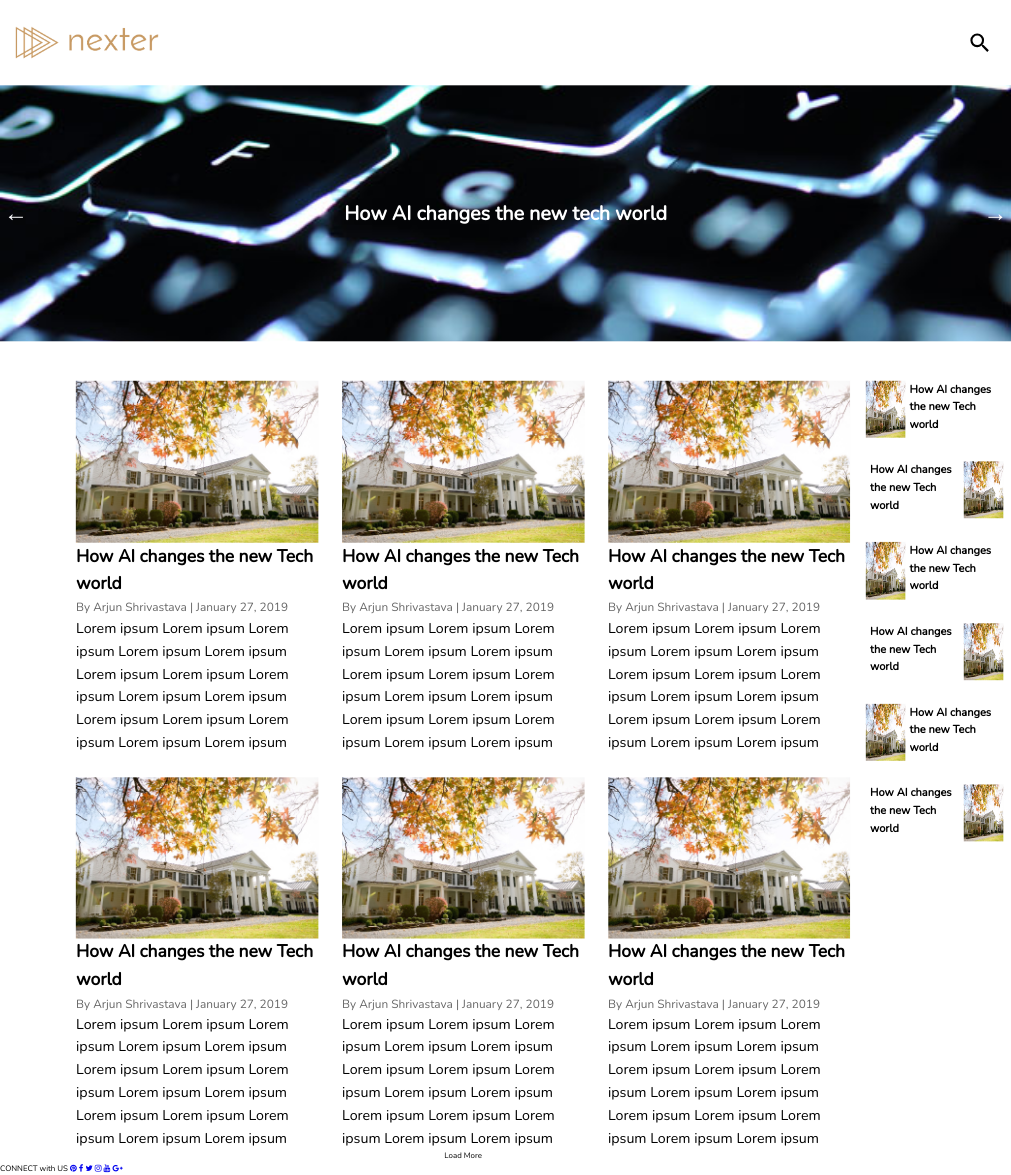
Repository: geekyarjun/myblog
Page: index.html
These files come from the project's save history. The page is drawn as it stood at one moment and after the next save; the edit follows.
The browser window is 1280 px wide. The pictures show the whole page, at 79% of full size.
Some web libraries are served in a nearby version. The style sheet was rebuilt from its Sass, Less or Tailwind sources for each picture, by a compiler version that may differ from the author's.

Above is the page before, as saved 2019-03-03 18:37:46.

### index.html
<!DOCTYPE html>
<html>
<head>
    <meta charset="utf-8" />
    <meta http-equiv="X-UA-Compatible" content="IE=edge">
    <title>Tech Stack</title>
    <meta name="viewport" content="width=device-width, initial-scale=1">
    <link href="https://fonts.googleapis.com/css?family=Nunito:200,300,400" rel="stylesheet">
    <link rel="stylesheet" href="css/style.css">
    <link href='https://fonts.googleapis.com/css?family=Open+Sans|Oswald:300' rel='stylesheet' type='text/css'>
    <link rel="stylesheet" href="https://maxcdn.bootstrapcdn.com/font-awesome/4.4.0/css/font-awesome.min.css">

    <!-- <link href="https://fonts.googleapis.com/css?family=Nunito:300,400,600" rel="stylesheet"> -->
</head>
<body class="container">
    <header class="header">
        <img src="/img/logo.png" alt="techstack logo" class="header__logo">
        <img src="/img/search.svg" alt="Search icon" class="header__search-logo">
    </header>
    <section class="slider">
        <img src="img/best-tech-sites.jpg" alt="slide post-1" />
        <h2>How AI changes the new tech world</h2>
        <button class="slider--previous" onclick="moveSlides('-')">&larr;</button>
        <button class="slider--next" onclick="moveSlides('+')">&rarr;</button>
    </section>
    <main class="post_container">
        <article>
            <img src="img/gal-1.jpeg" alt="first post" />
            <h2>How AI changes the new Tech world</h2>
            <p class="author">By Arjun Shrivastava | January 27, 2019</p>
            <p class="text">Lorem ipsum Lorem ipsum Lorem ipsum Lorem ipsum Lorem ipsum Lorem ipsum Lorem ipsum Lorem ipsum Lorem ipsum Lorem ipsum Lorem ipsum Lorem ipsum Lorem ipsum Lorem ipsum Lorem ipsum</p>
        </article>
        <article>
            <img src="img/gal-1.jpeg" alt="first post" />
            <h2>How AI changes the new Tech world</h2>
            <p class="author">By Arjun Shrivastava | January 27, 2019</p>
            <p class="text">Lorem ipsum Lorem ipsum Lorem ipsum Lorem ipsum Lorem ipsum Lorem ipsum Lorem ipsum Lorem ipsum Lorem ipsum Lorem ipsum Lorem ipsum Lorem ipsum Lorem ipsum Lorem ipsum Lorem ipsum</p>
        </article>
        <article>
            <img src="img/gal-1.jpeg" alt="first post" />
            <h2>How AI changes the new Tech world</h2>
            <p class="author">By Arjun Shrivastava | January 27, 2019</p>
            <p class="text">Lorem ipsum Lorem ipsum Lorem ipsum Lorem ipsum Lorem ipsum Lorem ipsum Lorem ipsum Lorem ipsum Lorem ipsum Lorem ipsum Lorem ipsum Lorem ipsum Lorem ipsum Lorem ipsum Lorem ipsum</p>
        </article>
        <article>
            <img src="img/gal-1.jpeg" alt="first post" />
            <h2>How AI changes the new Tech world</h2>
            <p class="author">By Arjun Shrivastava | January 27, 2019</p>
            <p class="text">Lorem ipsum Lorem ipsum Lorem ipsum Lorem ipsum Lorem ipsum Lorem ipsum Lorem ipsum Lorem ipsum Lorem ipsum Lorem ipsum Lorem ipsum Lorem ipsum Lorem ipsum Lorem ipsum Lorem ipsum</p>
        </article>
        <article>
            <img src="img/gal-1.jpeg" alt="first post" />
            <h2>How AI changes the new Tech world</h2>
            <p class="author">By Arjun Shrivastava | January 27, 2019</p>
            <p class="text">Lorem ipsum Lorem ipsum Lorem ipsum Lorem ipsum Lorem ipsum Lorem ipsum Lorem ipsum Lorem ipsum Lorem ipsum Lorem ipsum Lorem ipsum Lorem ipsum Lorem ipsum Lorem ipsum Lorem ipsum</p>
        </article>
        <article>
            <img src="img/gal-1.jpeg" alt="first post" />
            <h2>How AI changes the new Tech world</h2>
            <p class="author">By Arjun Shrivastava | January 27, 2019</p>
            <p class="text">Lorem ipsum Lorem ipsum Lorem ipsum Lorem ipsum Lorem ipsum Lorem ipsum Lorem ipsum Lorem ipsum Lorem ipsum Lorem ipsum Lorem ipsum Lorem ipsum Lorem ipsum Lorem ipsum Lorem ipsum</p>
        </article>
    </main>
    <aside class="aside-latest-blog-post">
        <article>
            <img src="img/gal-1.jpeg" alt="first post" />
            <h3>How AI changes the new Tech world</h3>
        </article>
        <article class="aside-latest-blog-post__alternate-post">
            <h3>How AI changes the new Tech world</h3>
            <img src="img/gal-1.jpeg" alt="first post" />
        </article>
        <article>
            <img src="img/gal-1.jpeg" alt="first post" />
            <h3>How AI changes the new Tech world</h3>
        </article>
        <article class="aside-latest-blog-post__alternate-post">
            <h3>How AI changes the new Tech world</h3>
            <img src="img/gal-1.jpeg" alt="first post" />
        </article>
        <article>
            <img src="img/gal-1.jpeg" alt="first post" />
            <h3>How AI changes the new Tech world</h3>
        </article>
        <article class="aside-latest-blog-post__alternate-post">
            <h3>How AI changes the new Tech world</h3>
            <img src="img/gal-1.jpeg" alt="first post" />
        </article>
    </aside>
    <section class="load-more">Load More</section>
    <footer class="footer flex-rw">
        <section class="footer-social-section flex-rw">
            <span class="footer-social-overlap footer-social-connect">
                CONNECT <span class="footer-social-small">with</span> US
            </span>
            <span class="footer-social-overlap footer-social-icons-wrapper">
                <a href="https://www.pinterest.com/paviliongift/" class="generic-anchor" target="_blank" title="Pinterest"
                    itemprop="significantLink"><i class="fa fa-pinterest"></i></a>
                <a href="https://www.facebook.com/paviliongift" class="generic-anchor" target="_blank" title="Facebook"
                    itemprop="significantLink"><i class="fa fa-facebook"></i></a>
                <a href="https://twitter.com/PavilionGiftCo" class="generic-anchor" target="_blank" title="Twitter"
                    itemprop="significantLink"><i class="fa fa-twitter"></i></a>
                <a href="http://instagram.com/paviliongiftcompany" class="generic-anchor" target="_blank" title="Instagram"
                    itemprop="significantLink"><i class="fa fa-instagram"></i></a>
                <a href="https://www.youtube.com/channel/UCYgUODvd0qXbu_LkUWpTVEg" class="generic-anchor" target="_blank"
                    title="Youtube" itemprop="significantLink"><i class="fa fa-youtube"></i></a>
                <a href="https://plus.google.com/+Paviliongift/posts" class="generic-anchor" target="_blank" title="Google Plus"
                    itemprop="significantLink"><i class="fa fa-google-plus"></i></a>
            </span>
        </section>

    </footer>
    <script src="main.js"></script>
</body>
</html>

### img/search.svg
<svg id="Layer_1" xmlns="http://www.w3.org/2000/svg" viewBox="0 0 24 24" width="24" height="24"><path fill="black" fill-opacity="1" d="M15.009 13.805h-.636l-.22-.219a5.184 5.184 0 0 0 1.256-3.386 5.207 5.207 0 1 0-5.207 5.208 5.183 5.183 0 0 0 3.385-1.255l.221.22v.635l4.004 3.999 1.194-1.195-3.997-4.007zm-4.808 0a3.605 3.605 0 1 1 0-7.21 3.605 3.605 0 0 1 0 7.21z"></path></svg>

### main.js
// let showSlideIndex = 1;

// const showSlides = () => {
//     const slides = document.getElementsByClassName('slider__slide');
//     console.log("showSlides", slides.length);
//     for(let i=0; i<slides.length; i++) {
//         slides[i].style.display = 'none';
//     }
//     console.log("showSlideIndex", showSlideIndex);
//     if(showSlideIndex > slides.length || showSlideIndex <= 0 ) { showSlideIndex=1; }

//     slides[showSlideIndex-1].style.display = 'block';
// }

// showSlides();

// const moveSlides = (direction) => {
//     if (direction === '+') {
//         showSlideIndex++;
//         showSlides();
//     } else {
//         showSlideIndex--;
//         showSlides();
//     }
// }

### sass/main.scss
@import "base.scss";
@import "header.scss";
@import "slider.scss";
@import "postcontainer.scss";
@import "aside.scss";
@import "footer.scss";
@import "loadMore.scss";

### sass/_base.scss
*,
*::before,
*::after {
    margin: 0;
    padding: 0;
}

html {
    box-sizing: border-box;
    font-size: 62.5% // 10px/16px = 62.5(1rem == 10px)
}

body {
    font-weight: 300;
    line-height: 1.6;
    // height: 100vh;
    font-family: 'Nunito', sans-serif;
}

.container {
    display: grid;
    grid-template-rows: 15vh 45vh repeat(3, min-content);
    grid-template-columns: [full-start] minmax(6rem, 1fr) [center-start] repeat(8, [col-start] minmax(min-content, 14rem) [col-end]) [center-end] minmax(6rem, 1fr) [full-end];
}

### sass/_header.scss
.header {
    // background-color: blueviolet;
    padding: 2rem;

    grid-column: full-start / full-end;

    display: grid;
    grid-template-columns: max-content max-content;
    justify-content: space-between;
    align-items: center;

    // & > * {
    //     padding: 0 2rem;
    // }

    &__logo {
        // width: 6rem;
        height: 4rem;
    }

    &__search-logo {
        width: 4rem;
        height: 4rem;
    }
}

### sass/_slider.scss
.slider {
    // background-color: lightcoral;

    grid-column: 1 / -1;
    position: relative;

    display: grid;
    grid-template-columns: repeat(8, minmax(min-content,1fr));
    grid-template-rows: repeat(3, 1fr);

    img {
        grid-column: 1 / -1;
        grid-row: 1 / -1;
        height: 100%;
        width: 100%;
        object-fit: cover;
    }

    h2 {
        color: white;
        text-align: center;
        font-size: 2.5rem;

        grid-row: 2 / span 1;
        grid-column: 2 / span 6;
        justify-self: center;
        align-self: center;
    }

    button {
        // font-size: 5rem;
        // position: absolute;
        color: white;
        background: none;
        border: none;
        line-height: 0;
        cursor: pointer;
        font-size: 3rem;
        padding: 5px;
        transition: all .5s;
        // font-weight: 100;
    }

    // &__slide {
    //     height: 100%;

    //     img {
    //         width: 100%;
    //         height: 100%;
    //         object-fit: cover;
    //         filter: blur(1px);
    //     }

    //     h2 {
    //         // position: absolute;
    //         top: 50%;
    //         left: 50%;
    //         transform: translate(-15rem, -1rem);
    //         color: white;
    //         font-size: 2.5rem;
    //     }
    // }

    // button {
    //     font-size: 5rem;
    //     // position: absolute;
    //     color: white;
    //     background: none;
    //     border: none;
    //     line-height: 0;
    //     cursor: pointer;
    //     // font-weight: 100;
    // }

    button:hover {
        background-color: red;
    }

    &--previous {
        top: 50%;
        left: 0;
        // padding: 2rem 1rem;

        grid-column: 1 / span 1;
        grid-row: 2 / span 1;
        justify-self: start;

    }

    &--next {
        top: 50%;
        right: 0;
        // padding: 2rem 1rem;

        grid-column: 8 / span 1;
        grid-row: 2 / span 1;
        justify-self: end;
    }
}

.fade {
    animation: fade 1s ease-in;
}

@keyframes fade {
    0% {opacity: .4;}
    100% {opacity: 1;}
}

### sass/_postcontainer.scss
.post_container {
    // background-color: gainsboro;
    margin-top: 5rem;

    grid-column: center-start / col-end 7;
    grid-gap: 3rem;

    display: grid;
    grid-template-columns: repeat(auto-fit, minmax(30rem, 1fr));

    article {
        display: grid;
        grid-template-columns: repeat(2, 1fr);

        img {
            width: 100%;
            // height: 100%;
            object-fit: cover;

            grid-column: 1 / -1;
        }

        h2 {
            font-size: 2.2rem;

            grid-column: 1 / -1;
        }

        .author {
            font-size: 1.5rem;
            color: rgba(0,0,0,0.6);

            grid-column: 1 / -1;
        }

        .text {
            font-size: 1.8rem;
            grid-column: 1 / -1;
        }


    }
}

### sass/_aside.scss
.aside-latest-blog-post {
    margin-top: 5rem;
    margin-left: 2rem;
    margin-right: 1rem;

    display: grid;
    grid-row-gap: 3rem;
    grid-auto-rows: max-content;

    grid-column: col-start 8 / full-end;

    article {
        display: grid;
        grid-template-columns: 5rem auto;

        img {
            width: 100%;
            height: 100%;
        }

        h3 {
            font-size: 1.4rem;
            padding: 0rem 0rem .5rem .5rem;
        }

        @media screen and (max-width: 1200px) {
            img {
                grid-column: 1 / -1;
            }

            h3 {
                grid-column: 1 / -1;
            }
        }
    }

    &__alternate-post {
        display: grid !important;
        grid-template-columns: auto 5rem !important;

        @media screen and (max-width: 1200px) {
            h3 {
                grid-row: 2;
            }
        }
    }
}

### sass/_footer.scss
.footer {
    grid-column: full-start / full-end;
}

### sass/_loadMore.scss
.load-more {
    text-align: center;

    grid-column: center-start / col-end 7;
}

After the next save:
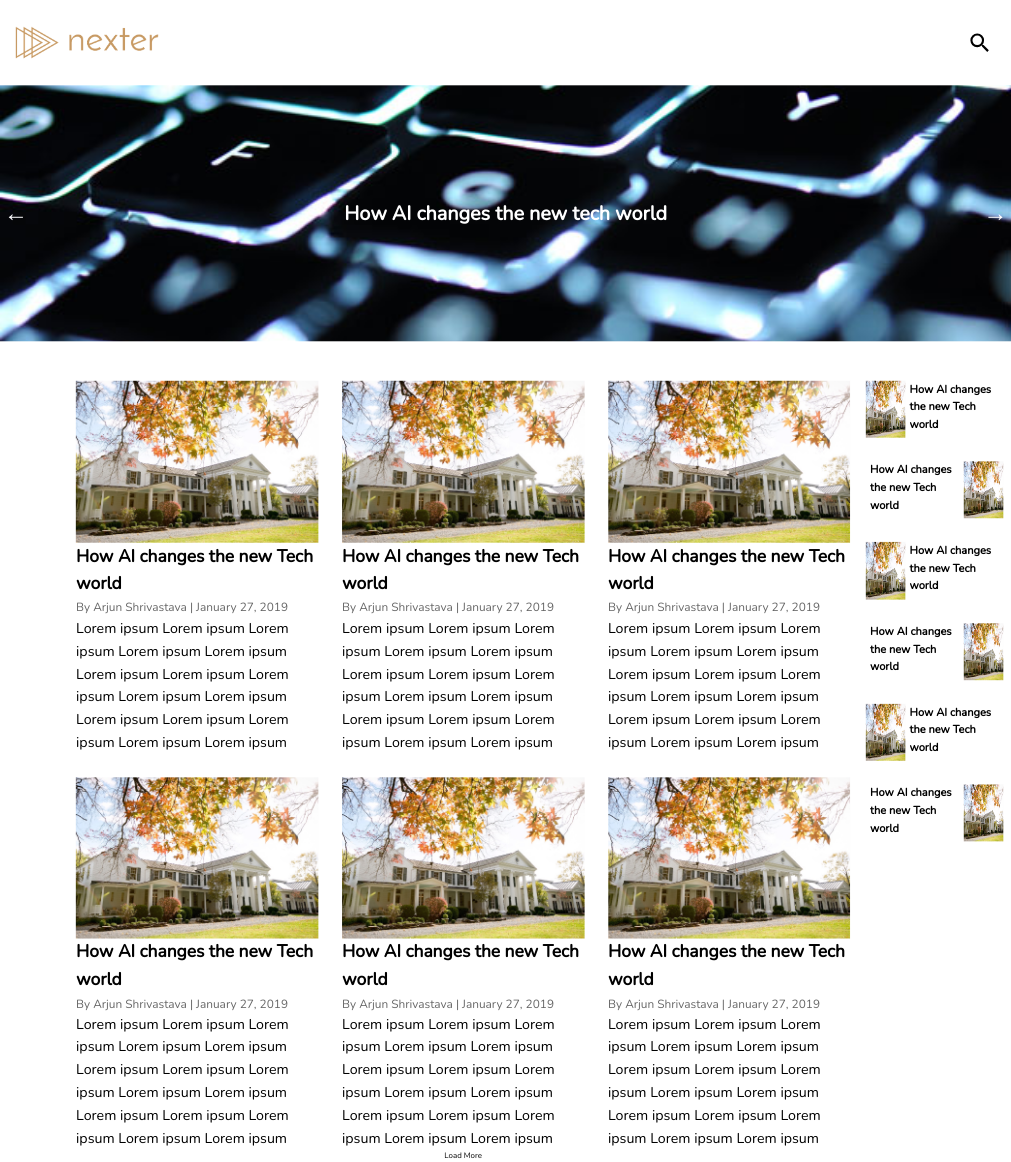
Saved 4 s later.
--- a/index.html
+++ b/index.html
@@ -88,26 +88,7 @@
         </article>
     </aside>
     <section class="load-more">Load More</section>
-    <footer class="footer flex-rw">
-        <section class="footer-social-section flex-rw">
-            <span class="footer-social-overlap footer-social-connect">
-                CONNECT <span class="footer-social-small">with</span> US
-            </span>
-            <span class="footer-social-overlap footer-social-icons-wrapper">
-                <a href="https://www.pinterest.com/paviliongift/" class="generic-anchor" target="_blank" title="Pinterest"
-                    itemprop="significantLink"><i class="fa fa-pinterest"></i></a>
-                <a href="https://www.facebook.com/paviliongift" class="generic-anchor" target="_blank" title="Facebook"
-                    itemprop="significantLink"><i class="fa fa-facebook"></i></a>
-                <a href="https://twitter.com/PavilionGiftCo" class="generic-anchor" target="_blank" title="Twitter"
-                    itemprop="significantLink"><i class="fa fa-twitter"></i></a>
-                <a href="http://instagram.com/paviliongiftcompany" class="generic-anchor" target="_blank" title="Instagram"
-                    itemprop="significantLink"><i class="fa fa-instagram"></i></a>
-                <a href="https://www.youtube.com/channel/UCYgUODvd0qXbu_LkUWpTVEg" class="generic-anchor" target="_blank"
-                    title="Youtube" itemprop="significantLink"><i class="fa fa-youtube"></i></a>
-                <a href="https://plus.google.com/+Paviliongift/posts" class="generic-anchor" target="_blank" title="Google Plus"
-                    itemprop="significantLink"><i class="fa fa-google-plus"></i></a>
-            </span>
-        </section>
+    <footer class="footer">
 
     </footer>
     <script src="main.js"></script>
